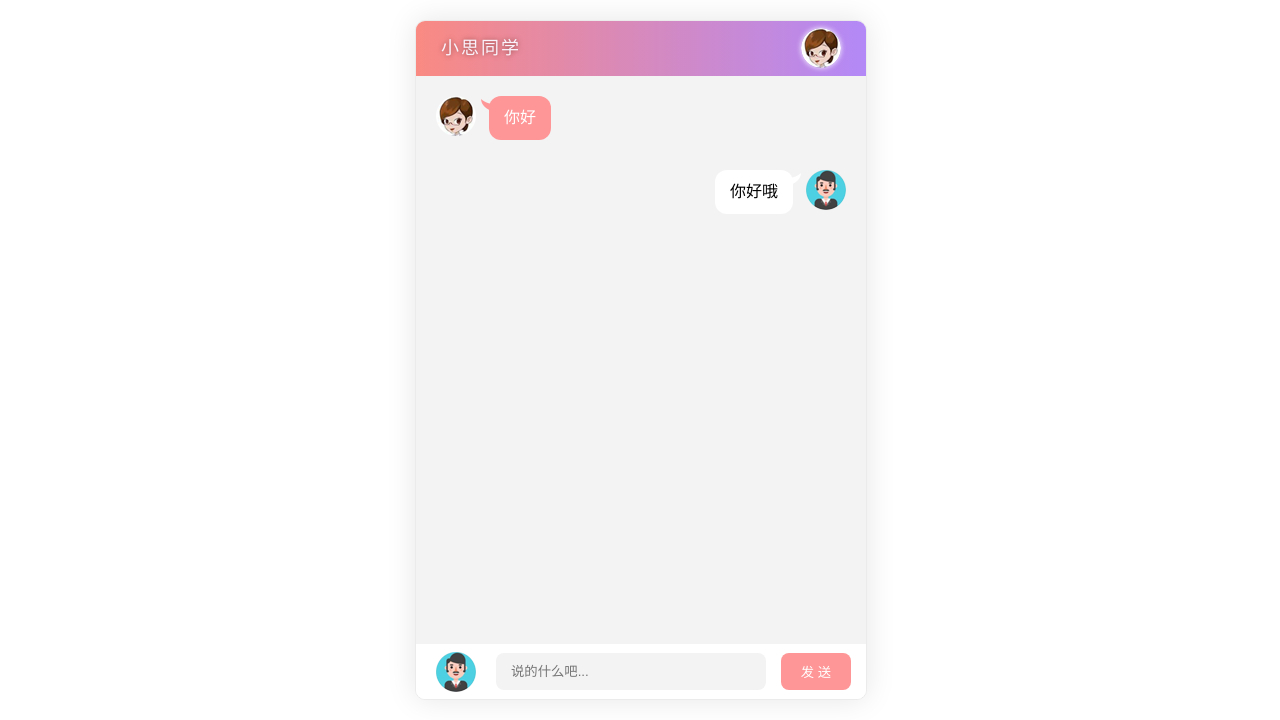
Repository: R1Deemo/ajax
Page: 聊天机器人/聊天机器人.html
The author's editor kept a copy of each file at every save. The page is drawn from the files as they stood at one save, then again after the next save.
The browser window is 1280 px wide. The pictures show the whole page.

Above is the page before, as saved 2022-10-25 10:27:58.

### 聊天机器人/聊天机器人.html
<!DOCTYPE html>
<html lang="en">

<head>
    <meta charset="UTF-8" />
    <meta name="viewport" content="width=device-width, initial-scale=1.0" />
    <meta http-equiv="X-UA-Compatible" content="ie=edge" />
    <link rel="stylesheet" href="css/reset.css" />
    <link rel="stylesheet" href="css/main.css" />
    <script type="text/javascript" src="js/jquery-1.12.4.min.js"></script>
    <script type="text/javascript" src="js/jquery-ui.min.js"></script>
    <script type="text/javascript" src="js/jquery.mousewheel.js"></script>
    <title>聊天机器人</title>
</head>

<body>
    <div class="wrap">
        <!-- 头部 Header 区域 -->
        <div class="header">
            <h3>小思同学</h3>
            <img src="img/person01.png" alt="icon" />
        </div>
        <!-- 中间 聊天内容区域 -->
        <div class="main">
            <ul class="talk_list" style="top: 0px;">
                <li class="left_word">
                    <img src="img/person01.png" /> <span>你好</span>
                </li>
                <li class="right_word">
                    <img src="img/person02.png" /> <span>你好哦</span>
                </li>
            </ul>
            <div class="drag_bar" style="display: none;">
                <div class="drager ui-draggable ui-draggable-handle" style="display: none; height: 412.628px;"></div>
            </div>
        </div>
        <!-- 底部 消息编辑区域 -->
        <div class="footer">
            <img src="img/person02.png" alt="icon" />
            <input type="text" placeholder="说的什么吧..." class="input_txt" id="ipt" />
            <input type="button" value="发 送" class="input_sub" id="btnSend" />
        </div>
    </div>
    <script type="text/javascript" src="js/scroll.js"></script>
    <script src="./js/chat.js">
    </script>
</body>

</html>

### 聊天机器人/css/main.css
body {
    font-family: 'Microsoft YaHei';
}
.wrap {
    position: fixed;
    width: 450px;
    left: 50%;
    margin-left: -225px;
    top: 20px;
    bottom: 20px;
    border: 1px solid #ebebeb;
    background-color: #fff;
    border-radius: 10px;
    box-shadow: 0 0 30px rgba(0, 0, 0, 0.1);
    overflow: hidden;
}
.header {
    height: 55px;
    background: linear-gradient(90deg, rgba(246, 60, 47, 0.6), rgba(128, 58, 242, 0.6));
    overflow: hidden;
}
.header h3 {
    color: #faf3fc;
    line-height: 55px;
    font-weight: normal;
    float: left;
    letter-spacing: 2px;
    margin-left: 25px;
    font-size: 18px;
    text-shadow: 0px 0px 5px #944846;
}
.header img {
    float: right;
    margin: 7px 25px 0 0;
    border-radius: 20px;
    box-shadow: 0 0 5px #f7f2fe;
}
.main {
    position: absolute;
    left: 0;
    right: 0;
    top: 55px;
    bottom: 55px;
    background-color: #f4f3f3;
    box-sizing: border-box;
    padding: 10px 0;
    overflow:hidden;
}
.talk_list{
    position: absolute;
    width:100%;
    left:0px;
    top:0px;
}
.talk_list li {
    overflow: hidden;
    margin: 20px 0px 30px;
}
.talk_list .left_word img {
    float: left;
    margin-left: 20px;
}
.talk_list .left_word span {
    float: left;
    background-color: #fe9697;
    padding: 10px 15px;
    max-width: 290px;
    border-radius: 12px;
    font-size: 16px;
    color: #fff;
    margin-left: 13px;
    position: relative;
    line-height: 24px;
}
.talk_list .left_word span:before {
    content: '';
    position: absolute;
    left: -8px;
    top: 3px;
    width: 13px;
    height: 12px;
    background: url('../img/corner01.png') no-repeat;
}
.talk_list .right_word img {
    float: right;
    margin-right: 20px;
}
.talk_list .right_word span {
    float: right;
    background-color: #fff;
    padding: 10px 15px;
    max-width: 290px;
    border-radius: 12px;
    font-size: 16px;
    color: #000;
    margin-right: 13px;
    position: relative;
    line-height: 24px;
}
.talk_list .right_word span:before {
    content: '';
    position: absolute;
    right: -8px;
    top: 3px;
    width: 13px;
    height: 12px;
    background: url('../img/corner02.png') no-repeat;
}
.drag_bar{
    position:absolute;
    right:0px;
    top:0px;
    background-color: #fff;
    height:100%;
    width:6px;
    box-sizing:border-box;
    border-bottom:1px solid #f4f3f3;
}
.drager{
    position:absolute;
    left:0px;
    top:0px;
    background-color: #cdcdcd;
    height:100px;
    width:6px;
    border-radius:3px;
    cursor: pointer;
}

.footer{
    width:100%;
    height: 55px;
    left:0px;
    bottom:0px;
    background-color:#fff;
    position: absolute;
}

.footer img{
    float: left;
    margin:8px 0 0 20px;
}

.input_txt{
    float: left;
    width:270px;
    height:37px;
    border:0px;
    background-color: #f4f3f3;
    margin:9px 0 0 20px;
    border-radius:8px;
    padding:0px;
    outline:none;
    text-indent:15px;
}
.input_sub{
    float: left;
    width:70px;
    height:37px;
    border:0px;
    background-color: #fe9697;
    margin:9px 0 0 15px;
    border-radius:8px;
    padding:0px;
    outline:none;
    color:#fff;
    cursor: pointer;
}

### 聊天机器人/js/scroll.js
$(function () {
    var $main = $('.main');
    var $list = $('.talk_list');
    var $drager = $('.drager');
    var $mainh = $main.outerHeight(false);
    var $listh = $list.outerHeight(false);

    var $rate = $mainh / $listh;
    var $dragh = $mainh * $rate;
    var $top = 0;
    $drager.css({ 'height': $dragh });

    $drager.draggable({
        containment: "parent",
        drag: function (ev, ui) {
            $top = ui.position.top;
            $list.css({ 'top': -$top / $rate });
        }
    });

    $(window).resize(function () {
        resetui();
    });

    //var timer = null;
    var flag = false;

    $main.mousewheel(function(ev,delta){
        //console.log(delta);
        //clearTimeout(timer);
        //timer = setTimeout(function(){
            // 向上滚动正值，向下滚动负值
        if(flag){
            return;
        }

        flag = true;

        setTimeout(function(){
            flag = false;
        },300);

        if($listh <= $mainh){
            return;
        }else{
            if(delta>0){
                $top = $top-60;
                if($top<0){
                    $top=0;
                }
                $drager.animate({ 'top': $top },200);
                $list.animate({ 'top': -$top / $rate },200);
            }else{
                $top = $top+60;
                if($top>($mainh-$dragh)){
                    $top=parseInt($mainh-$dragh);
                }
                $drager.animate({ 'top': $top },200);
                $list.animate({ 'top': -parseInt($top / $rate) },200);
            }
        }

        //},300);
    });
    if ($listh <= $mainh) {
        $('.drag_bar').hide();
        $('.drager').hide();
    }

    function resetui(){
        $mainh = $main.outerHeight(false);
        $listh = $list.outerHeight(false);
        $rate = $mainh / $listh;
        $dragh = $mainh * $rate;
        $drager.css({ 'height': $dragh });

        if ($listh <= $mainh) {
            $('.drag_bar').hide();
            $drager.hide();
            $list.css({ 'top':0 });
        } else {
            $('.drag_bar').show();
            $drager.show();
            $drager.css({ 'top': $mainh-$dragh });
            $list.css({ 'top': -($listh-$mainh) });
        }
    }

    window.resetui = resetui;
})

### 聊天机器人/js/chat.js
$(function() {
    // 初始化右侧滚动条
    // 这个方法定义在scroll.js中
    resetui()
        // 为发送按钮绑定鼠标点击事件
    $('#btnSend').on('click', function() {
        var text = $('#ipt').val().trim()
        if (text.length <= 0)
            return $('#ipt').val('')

        // 如果输入内容，追加进记录
        $('.talk_list').append('<li class="right_word"><img src="img/person02.png" /> <span>' + text + '</span></li>')
        $('#ipt').val('')
            // 重置滚动条位置
        resetui()
    })
})

Loaded but not shown: 聊天机器人/css/reset.css (common file); 聊天机器人/js/jquery-1.12.4.min.js (library); 聊天机器人/js/jquery-ui.min.js (library); 聊天机器人/js/jquery.mousewheel.js (library)

After the next save:
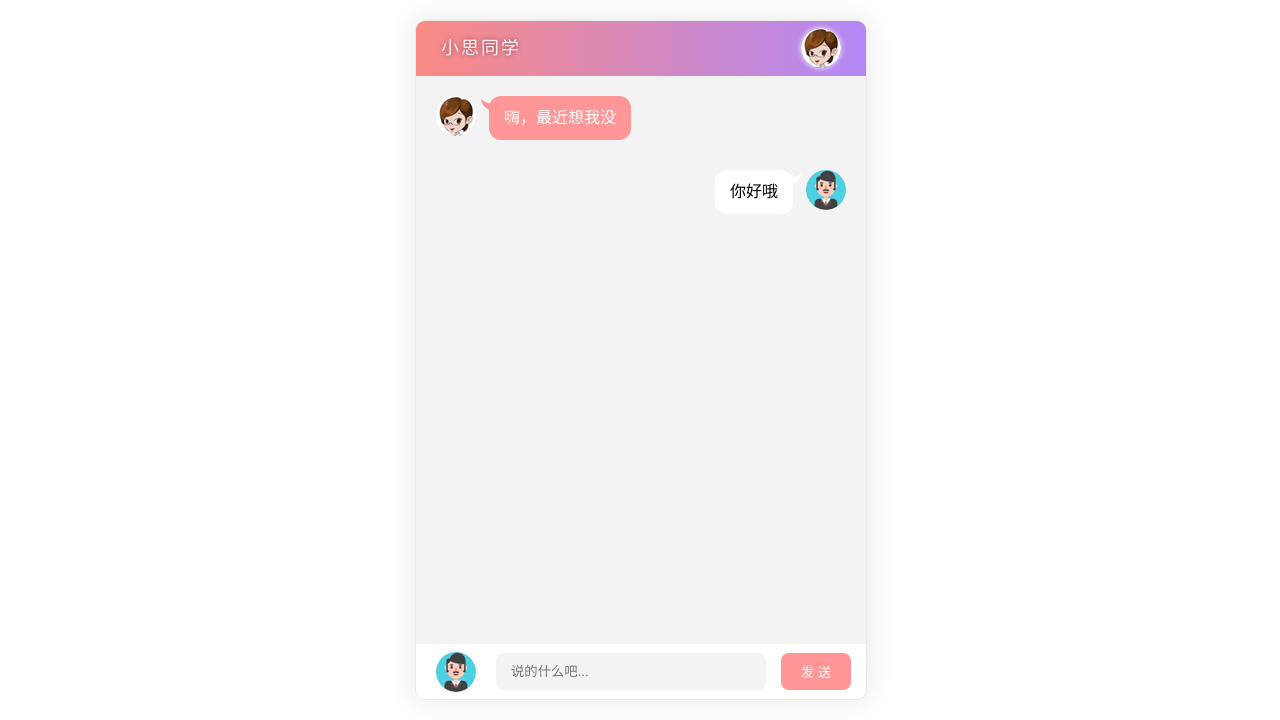
Saved 28 s later.
--- a/聊天机器人/聊天机器人.html
+++ b/聊天机器人/聊天机器人.html
@@ -24,7 +24,7 @@
         <div class="main">
             <ul class="talk_list" style="top: 0px;">
                 <li class="left_word">
-                    <img src="img/person01.png" /> <span>你好</span>
+                    <img src="img/person01.png" /> <span>嗨，最近想我没</span>
                 </li>
                 <li class="right_word">
                     <img src="img/person02.png" /> <span>你好哦</span>
